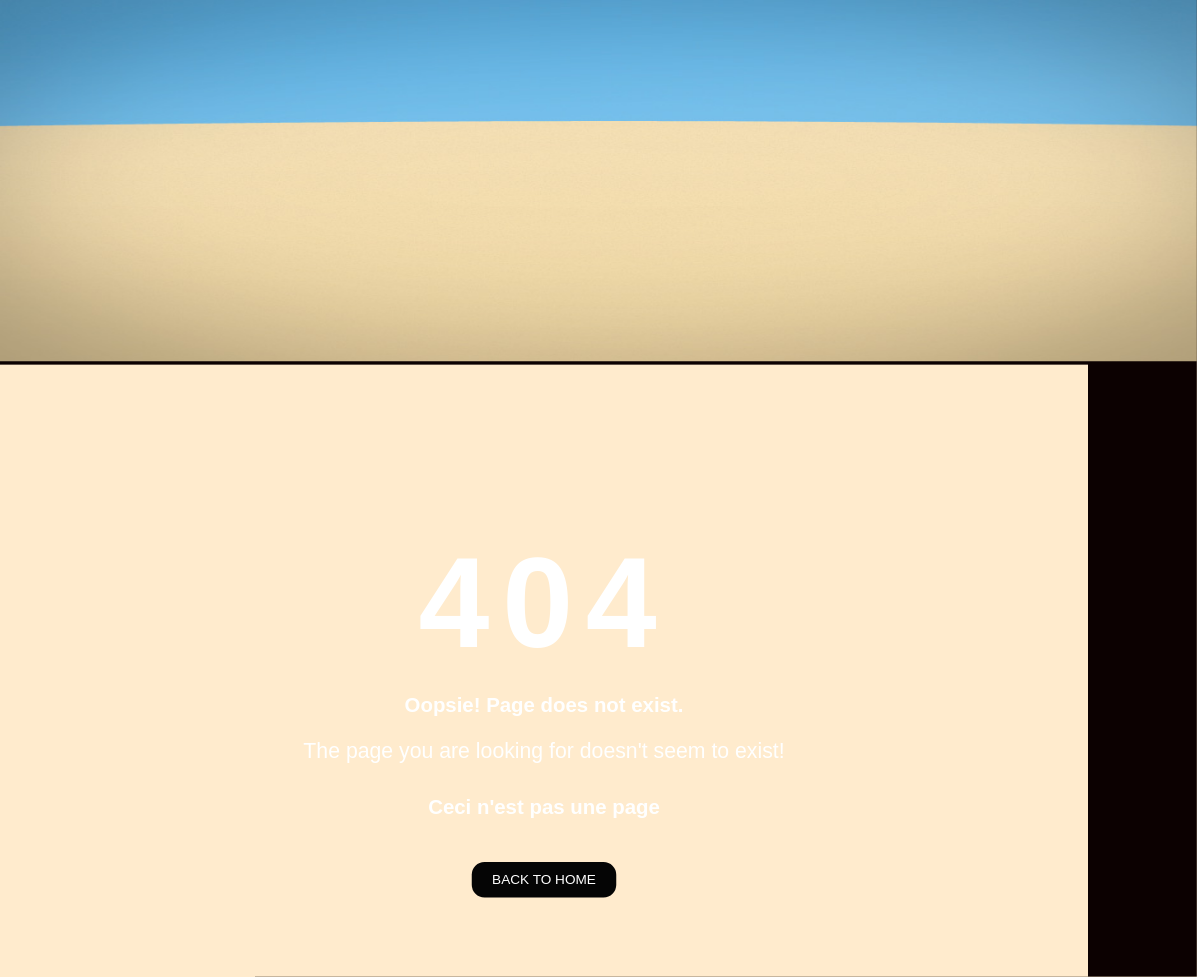
Repository: Nyiriek/alu-system_engineering-devops
Page: web_server/5-design_a_beautiful_404_page.html
An editor plug-in stored every save of this project. The page is shown before and after the next save, followed by the edit.
The browser window is 1280 px wide. The page is 1408 px wide, so the pictures cover 1408 px, including what lies to the right of the window. The pictures show the whole page, at 85% of full size.

Above is the page before, as saved 2023-08-05 13:28:29.

### web_server/5-design_a_beautiful_404_page.html
<!DOCTYPE html>
<html lang="en">
  <head>
    <meta charset="UTF-8" />
    <meta name="viewport" content="width=device-width, initial-scale=1.0" />
    <title>404 - Page Not Found</title>
    <img alt="" class="position-absolute" data-invert="true" data-xrange="0" data-yrange="20" height="415" width="940" style="top: -20px; left: -20px; z-index: 1; width: 110%; height: 425px" src="data:[embedded picture, 48239 characters]">
    <link rel="stylesheet" href="styles.css" />
  </head>

  <body>
    <div class="error-container">
      <div class="error-content">
        <h1>404</h1>
        <h2>Oopsie! Page does not exist.</h2>
        <p>The page you are looking for doesn't seem to exist!</p>
        <br />
        <h2>Ceci n'est pas une page</h2>
        <a href="/" class="back-home-btn">Back to Home</a>
      </div>
    </div>
  </body>
</html>

### web_server/styles.css
body {
    margin: 0;
    padding: 0;
    font-family: Arial, sans-serif;
    min-height: auto;
    background-color: #0c0101;
}

.error-container {
    display: flex;
    justify-content: center;
    align-items: center;
    height: 100vh;
    background-color: blanchedalmond;
    background-position: center;
}

.error-content {
    text-align: center;
    color: #fff;
}

h1 {
    font-size: 150px;
    margin-bottom: 20px;
    font-weight: bold;
    letter-spacing: 15px;
}

p {
    font-size: 25px;
    margin-bottom: auto;
}

.back-home-btn {
    display: inline-block;
    padding: 12px 24px;
    background-color: rgb(5, 5, 5);
    color: #fff;
    font-size: 16px;
    text-decoration: none;
    border-radius: 15px;
    transition: background-color 0.3s ease;
    margin-top: 30px;
    text-decoration: none;
    text-transform: uppercase;
}

.back-home-btn:hover {
    background-color: #422b04;
}

After the next save:
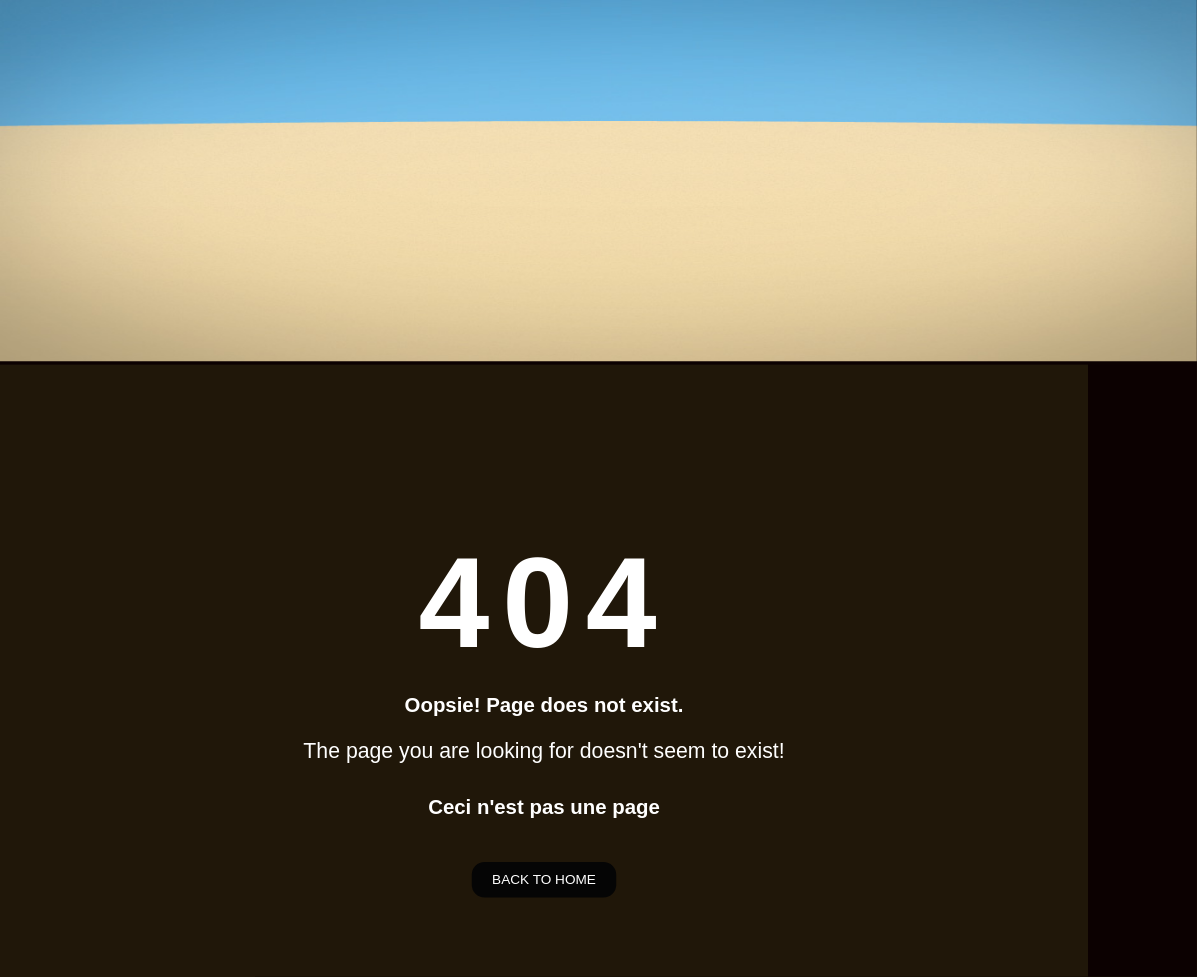
Saved 30 s later.
--- a/web_server/styles.css
+++ b/web_server/styles.css
@@ -11,7 +11,7 @@ body {
     justify-content: center;
     align-items: center;
     height: 100vh;
-    background-color: blanchedalmond;
+    background-color: rgb(32, 23, 9);
     background-position: center;
 }
 
